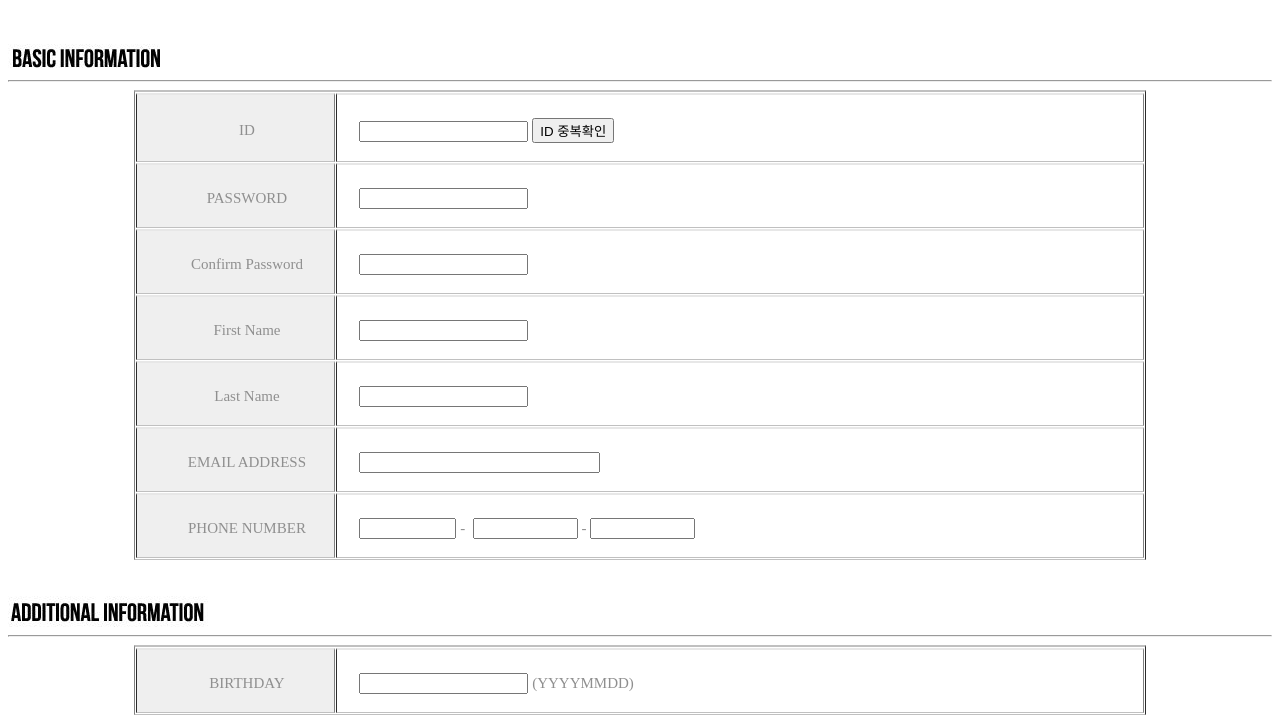
Repository: kminjoo/Making-website-using-JSP
Page: http://localhost/website_project/Register.jsp
These files come from the project's save history. The page is drawn as it stood at one moment and after the next save; the edit follows.
The browser window is 1280 px wide. The pictures show the whole page.
The page is served by Tomcat 9.

Above is the page before, as saved 2015-07-21 14:23:59.

After the next save:
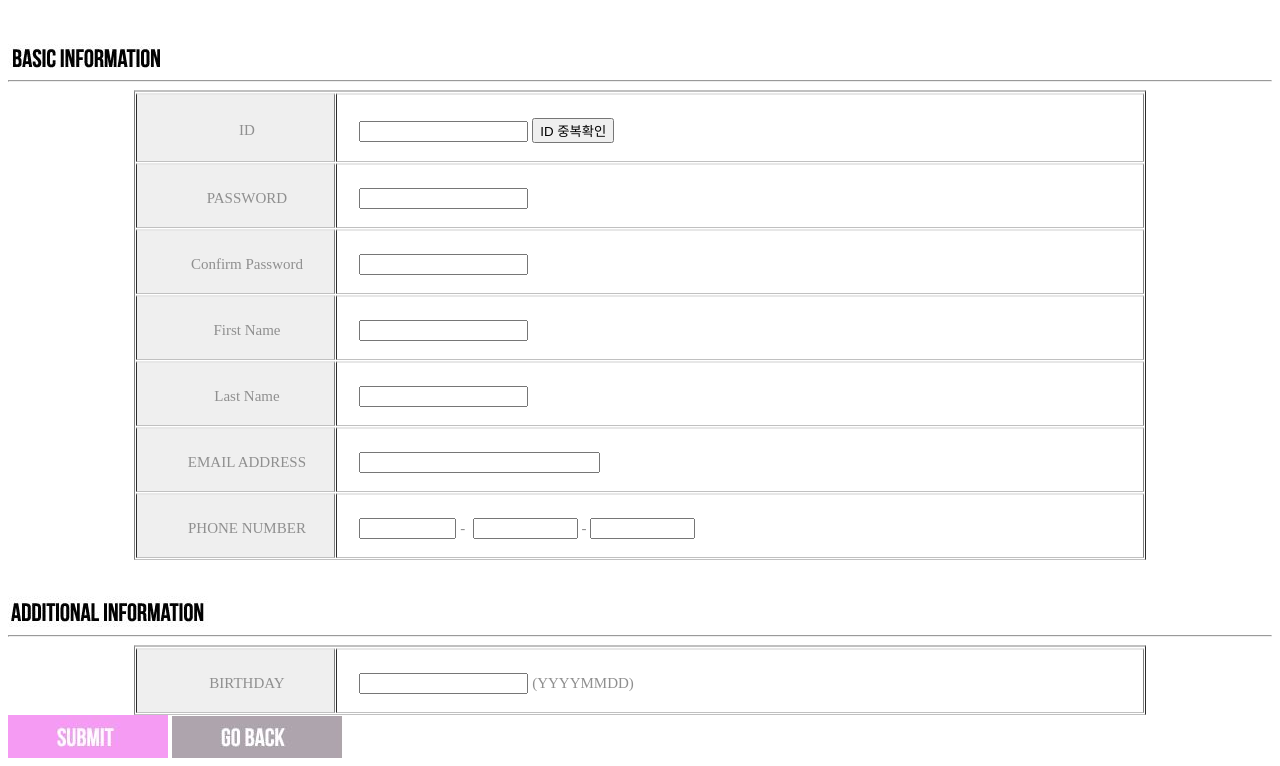
Saved 5 min 16 s later.
--- a/website_project/WebContent/Register.jsp
+++ b/website_project/WebContent/Register.jsp
@@ -56,8 +56,9 @@
 		(YYYYMMDD)</td>
 </tr>
 </table>
-
 </form>
 
+<div><img src="<%=request.getContextPath() %>/images/submit.JPG"/>
+<img src="<%=request.getContextPath() %>/images/goback.JPG"/></div>
 </body>
 </html>
